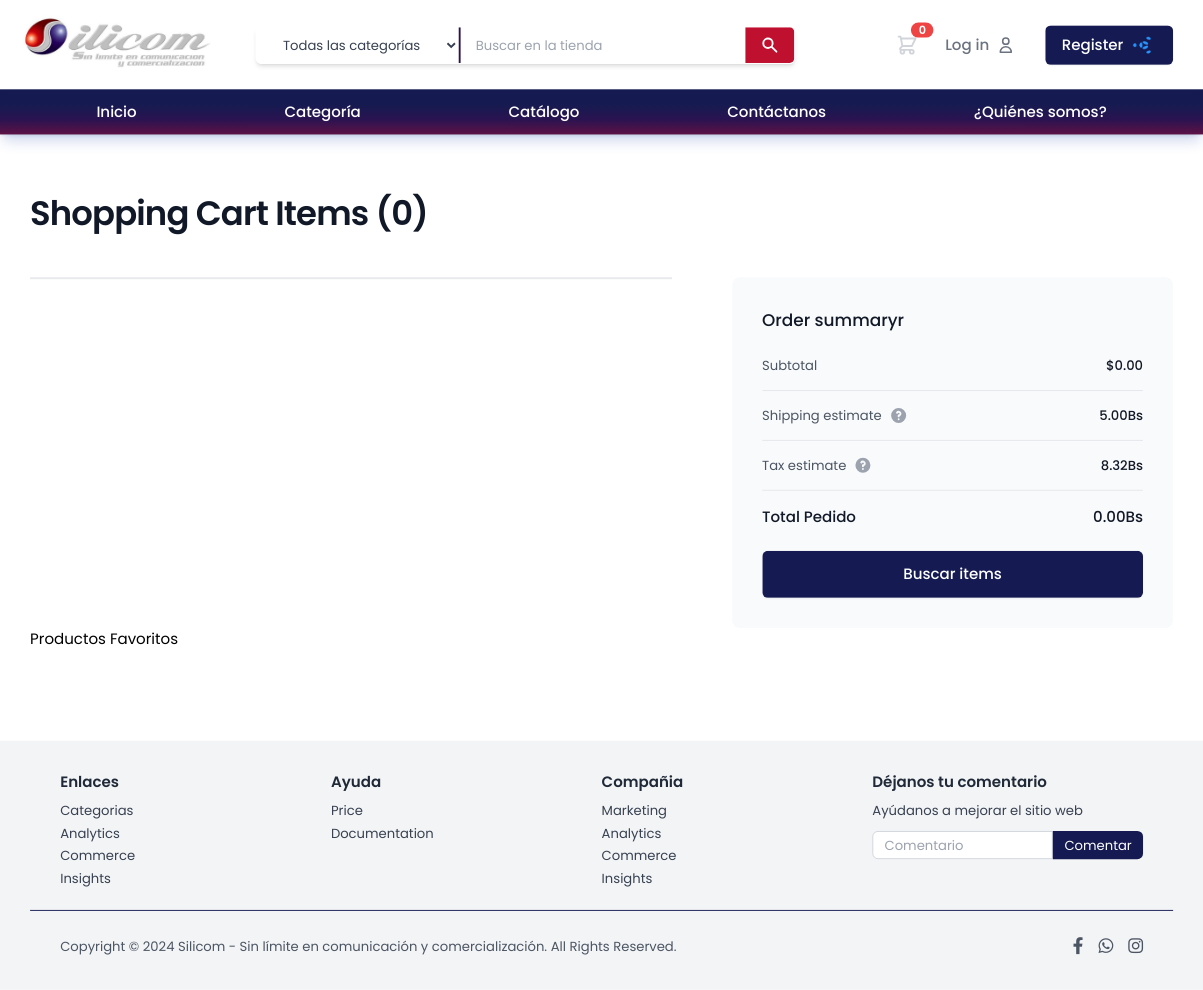
Repository: Francovg18/ecommerce
Page: /cart
These files come from the project's save history. The page is drawn as it stood at one moment and after the next save; the edit follows.
The browser window is 1280 px wide. The pictures show the whole page, at 94% of full size.
The page's requests for data from a server got no answer. The project was rebuilt for these pictures with package versions that can differ from the ones it lists, and the page was loaded fresh each time. No one was signed in, and anything a server would have sent is missing. Also part of the build but not shown: src/componentes/home/Banner.js, src/componentes/home/ProductsArrival.js, src/componentes/home/ProductsSold.js, src/redux/actions/brands.js, src/componentes/home/Brand.js, src/componentes/home/Product.js, src/contenedores/Home.jsx, src/contenedores/errors/Error404.jsx and 33 more.

Above is the page before, as saved 2025-01-22 17:53:06.

### public/index.html
<!DOCTYPE html>
<html lang="en">
  <head>
    <meta charset="utf-8" />
    <link rel="icon" href="%PUBLIC_URL%/favicon.ico" />
    <meta name="viewport" content="width=device-width, initial-scale=1" />
    <meta name="theme-color" content="#000000" />
    <meta name="description" content="Web site created using create-react-app" />
    <link rel="apple-touch-icon" href="%PUBLIC_URL%/logo192.png" />
    <link href="https://fonts.googleapis.com/css2?family=Poppins:wght@400;500;600&display=swap" rel="stylesheet">
    <link
  rel="stylesheet"
  href="https://cdnjs.cloudflare.com/ajax/libs/font-awesome/6.0.0-beta3/css/all.min.css"
/>

    <!--
      manifest.json provides metadata used when your web app is installed on a
      user's mobile device or desktop. See https://developers.google.com/web/fundamentals/web-app-manifest/
    -->
    <link rel="manifest" href="%PUBLIC_URL%/manifest.json" />
    <!--
      Notice the use of %PUBLIC_URL% in the tags above.
      It will be replaced with the URL of the `public` folder during the build.
      Only files inside the `public` folder can be referenced from the HTML.

      Unlike "/favicon.ico" or "favicon.ico", "%PUBLIC_URL%/favicon.ico" will
      work correctly both with client-side routing and a non-root public URL.
      Learn how to configure a non-root public URL by running `npm run build`.
    -->
    <title>React App</title>
  </head>
  <body>
    <noscript>You need to enable JavaScript to run this app.</noscript>
    <div id="root"></div>
    <!--
      This HTML file is a template.
      If you open it directly in the browser, you will see an empty page.

      You can add webfonts, meta tags, or analytics to this file.
      The build step will place the bundled scripts into the <body> tag.

      To begin the development, run `npm start` or `yarn start`.
      To create a production bundle, use `npm run build` or `yarn build`.
    -->
  </body>
</html>

### src/index.js
import React from 'react';
import ReactDOM from 'react-dom/client';
import './style/index.css';
import App from './App';

const root = ReactDOM.createRoot(document.getElementById('root'));
root.render(
  <React.StrictMode>
    <App />
  </React.StrictMode>
);

### src/store.js
import { createStore, applyMiddleware } from 'redux';
import { composeWithDevTools } from '@redux-devtools/extension';
import { thunk } from 'redux-thunk';
import rootReducer from './redux/reducers';

const initialState = {};
const middleware = [thunk];
const store = createStore(
    rootReducer,
    initialState,
    composeWithDevTools(applyMiddleware(...middleware))
);

export default store;

### src/contenedores/pages/Cart.jsx
import Layout from "../../hocs/Layout"
import { useState } from "react";
import { connect } from "react-redux"
import { setAlert } from "../../redux/actions/alert";
import {
    remove_item,
    update_item,
    get_items,
    get_total,
    get_item_total
} from "../../redux/actions/cart";
import {
    remove_wishlist_item,
} from "../../redux/actions/wishlist";
import { useEffect } from "react";
import CartItem from "../../componentes/cart/CartItem";
import { Link } from "react-router-dom";
import { QuestionMarkCircleIcon } from '@heroicons/react/solid'
import WishlistItem from "../../componentes/cart/WishlistItem";


const Cart = ({
    get_items,
    get_total,
    get_item_total,
    isAuthenticated,
    items,
    amount,
    compare_amount,
    total_items,
    remove_item,
    update_item,
    setAlert,
    wishlist_items,
    remove_wishlist_item
}) => {

    const [render, setRender] = useState(false);

    useEffect(() => {
        window.scrollTo(0, 0);
        get_items()
        get_total()
        get_item_total()
    }, [render])

    const showItems = () => {
        return(
            <div>
                {
                    items &&
                    items !== null &&
                    items !== undefined &&
                    items.length !== 0 &&
                    items.map((item, index)=>{
                        let count = item.count;
                        return (
                            <div key={index}>
                                <CartItem
                                    item={item}
                                    count={count}
                                    update_item={update_item}
                                    remove_item={remove_item}
                                    render={render}
                                    setRender={setRender}
                                    setAlert={setAlert}
                                />
                            </div>
                        );
                    })
                }
            </div>
        )
    }

    const showWishlistItems = () => {
      return(
          <div>
              {
                  wishlist_items &&
                  wishlist_items !== null &&
                  wishlist_items !== undefined &&
                  wishlist_items.length !== 0 &&
                  wishlist_items.map((item, index)=>{
                      let count = item.count;
                      return (
                          <div key={index}>
                              <WishlistItem
                                  item={item}
                                  count={count}
                                  update_item={update_item}
                                  remove_wishlist_item={remove_wishlist_item}
                                  render={render}
                                  setRender={setRender}
                                  setAlert={setAlert}
                              />
                          </div>
                      );
                  })
              }
          </div>
      )
  }

    const checkoutButton = () => {
        if (total_items < 1) {
            return(
                <>
                <Link
                to='/shop'

            >
                <button
                className="w-full bg-midnight-blue border border-transparent rounded-md shadow-sm py-3 px-4 text-base font-medium text-white hover:bg-indigo-700 focus:outline-none focus:ring-2 focus:ring-offset-2 focus:ring-offset-gray-50 focus:ring-purple-night"
            >
                Buscar items
                </button>
            </Link>
            </>
            )
        } else if (!isAuthenticated) {
            return(<>
            <Link
                to='/login'

            >
                <button
                className="w-full bg-midnight-blue border border-transparent rounded-md shadow-sm py-3 px-4 text-base font-medium text-white hover:bg-indigo-700 focus:outline-none focus:ring-2 focus:ring-offset-2 focus:ring-offset-gray-50 focus:ring-purple-night"
            >
                Login
                </button>
            </Link>
            </>)

        } else {
            return(
                <>
                <Link
                to='/checkout'>
                 <button
                className="w-full bg-midnight-blue border border-transparent rounded-md shadow-sm py-3 px-4 text-base font-medium text-white hover:bg-purple-night focus:outline-none focus:ring-2 focus:ring-offset-2 focus:ring-offset-gray-50 focus:ring-purple-night"
            >
                   Verificar
                </button>
            </Link>
                </>
            )

        }
    }



    return (
        <Layout>
            <div className="bg-white">
      <div className="max-w-2xl mx-auto pt-16 pb-24 px-4 sm:px-6 lg:max-w-7xl lg:px-8">
        <h1 className="text-3xl font-extrabold tracking-tight text-gray-900 sm:text-4xl">Shopping Cart Items ({total_items})</h1>
        <div className="mt-12 lg:grid lg:grid-cols-12 lg:gap-x-12 lg:items-start xl:gap-x-16">
          <section aria-labelledby="cart-heading" className="lg:col-span-7">
            <h2 id="cart-heading" className="sr-only">
              Items in your shopping cart
            </h2>

            <ul className="border-t border-b border-gray-200 divide-y divide-gray-200">
              {showItems()}
            </ul>
          </section>

          {/* Order summary */}
          <section
            aria-labelledby="summary-heading"
            className="mt-16 bg-gray-50 rounded-lg px-4 py-6 sm:p-6 lg:p-8 lg:mt-0 lg:col-span-5"
          >
            <h2 id="summary-heading" className="text-lg font-medium text-gray-900">
              Order summaryr
            </h2>

            <dl className="mt-6 space-y-4">

              <div className="flex items-center justify-between">
                <dt className="text-sm text-gray-600">Subtotal</dt>
                <dd className="text-sm font-medium text-gray-900">${compare_amount.toFixed(2)}</dd>
              </div>

              <div className="border-t border-gray-200 pt-4 flex items-center justify-between">
                <dt className="flex items-center text-sm text-gray-600">
                  <span>Shipping estimate</span>
                  <Link to='' className="ml-2 flex-shrink-0 text-gray-400 hover:text-gray-500">
                    <span className="sr-only">Learn more about how shipping is calculated</span>
                    <QuestionMarkCircleIcon className="h-5 w-5" aria-hidden="true" />
                  </Link>
                </dt>
                <dd className="text-sm font-medium text-gray-900">5.00Bs</dd>
              </div>

              <div className="border-t border-gray-200 pt-4 flex items-center justify-between">
                <dt className="flex text-sm text-gray-600">
                  <span>Tax estimate</span>
                  <Link to='' className="ml-2 flex-shrink-0 text-gray-400 hover:text-gray-500">
                    <span className="sr-only">Learn more about how tax is calculated</span>
                    <QuestionMarkCircleIcon className="h-5 w-5" aria-hidden="true" />
                  </Link>
                </dt>
                <dd className="text-sm font-medium text-gray-900">8.32Bs</dd>
              </div>

              <div className="border-t border-gray-200 pt-4 flex items-center justify-between">
                <dt className="text-base font-medium text-gray-900">Total Pedido</dt>
                <dd className="text-base font-medium text-gray-900">{amount.toFixed(2)}Bs</dd>
              </div>
            </dl>

            <div className="mt-6">
              {checkoutButton()}
            </div>
          </section>
        </div>
        <div>
        <h1>Productos Favoritos</h1>
        {showWishlistItems()}
        </div>


      </div>
    </div>
        </Layout>
    )
}
const mapStateToProps = state => ({
    isAuthenticated: state.Auth.isAuthenticated,
    items: state.Cart.items,
    wishlist_items: state.Wishlist.items,
    amount: state.Cart.amount,
    compare_amount: state.Cart.compare_amount,
    total_items: state.Cart.total_items
})

export default connect(mapStateToProps,{
    get_items,
    get_total,
    get_item_total,
    remove_item,
    update_item,
    setAlert,
    remove_wishlist_item
}) (Cart)

### src/redux/reducers/index.js
import { combineReducers } from 'redux';
import Auth from './auth';
import Alert from './alert';
import Categories from './categories';
import Products from './products';
import Cart from './cart';
import Shipping from './shipping'
import Payment from './payment';
import Orders from './orders';
import Coupons from './coupons';
import Profile from './profile';
import Wishlist from './wishlist';
import Reviews from './reviews';
import Brands from './brands';
export default combineReducers({
    Auth,
    Alert,
    Categories,
    Products,
    Cart,
    Shipping,
    Payment,
    Orders,
    Coupons,
    Profile,
    Wishlist,
    Reviews,
    Brands
})

### src/hocs/Layout.js
import { ToastContainer } from 'react-toastify';
import 'react-toastify/dist/ReactToastify.css';
import { check_authenticated, load_user, refresh } from '../redux/actions/auth';
import {
    get_items,
    get_total,
    get_item_total
} from "../redux/actions/cart";

import {
    get_user_profile
} from "../redux/actions/profile";

import { useEffect } from 'react';
import { connect } from 'react-redux';
import Navbar from '../componentes/navegacion/Navbar';
import Footer from '../componentes/navegacion/Footer';

const Layout = (props) => {

    useEffect(() => {
        props.refresh()
        props.check_authenticated()
        props.load_user()
        props.get_items()
        props.get_total()
        props.get_item_total()
        props.get_user_profile()
    }, []);

    return(
        <div>
            <Navbar/>
            <ToastContainer autoClose={5000} />
            {props.children}
            <Footer/>
        </div>
    )
}


export default connect(null, {
    check_authenticated,
    load_user,
    refresh,
    get_items,
    get_total,
    get_item_total,
    get_user_profile
}) (Layout)

### src/redux/actions/categories.js
import axios from 'axios';
import {
    GET_CATEGORIES_SUCCESS,
    GET_CATEGORIES_FAIL,
} from './types';

export const get_categories = () => async dispatch => {
    const config = {
        headers: {
            'Accept': 'application/json'
        }
    };

    try {
        const res = await axios.get(`${process.env.REACT_APP_API_URL}/api/category/categories`, config);

        if (res.status >= 200 && res.status < 300) {
            dispatch({
                type: GET_CATEGORIES_SUCCESS,
                payload: res.data
            });
        } else {
            console.error('Error: Unexpected response status', res.status);
            dispatch({
                type: GET_CATEGORIES_FAIL
            });
        }
    } catch (err) {
        console.error('Error fetching categories:', err.message);
        dispatch({
            type: GET_CATEGORIES_FAIL
        });
    }
};

### src/redux/actions/alert.js
import{
    SET_ALERT,
    REMOVE_ALERT,
} from './types';

export const setAlert = (msg, alertType, timeout = 5000) => dispatch =>{
    dispatch({
        type: SET_ALERT,
        payload: {msg, alertType}
    });
    setTimeout(() => dispatch({ type: REMOVE_ALERT }), timeout);
}

### src/redux/reducers/alert.js
import {
    SET_ALERT,
    REMOVE_ALERT,
} from '../actions/types';

const initialState = {
    alert: null
};

export default function Alert(state = initialState, action) {
    const { type, payload } = action;

    switch(type) {
        case SET_ALERT:
            return {
                ...state,
                alert: payload
            };
        case REMOVE_ALERT:
            return {
                ...state,
                alert: null
            }
        default:
            return state
    };
}

### src/redux/reducers/categories.js
import {
    GET_CATEGORIES_SUCCESS,
    GET_CATEGORIES_FAIL
} from '../actions/types';

const initialState = {
    categories: null
};

export default function Categories(state = initialState, action) {
    const { type, payload } = action;

    switch(type) {
        case GET_CATEGORIES_SUCCESS:
            return {
                ...state,
                categories: payload.categories
            }
        case GET_CATEGORIES_FAIL:
            return {
                ...state,
                categories: null
            }
        default:
            return state
    }
}

### src/redux/reducers/shipping.js
import {
    GET_SHIPPING_OPTIONS_SUCCESS,
    GET_SHIPPING_OPTIONS_FAIL
} from '../actions/types';

const initialState = {
    shipping: null,
};

export default function Shipping(state = initialState, action) {
    const { type, payload } = action;

    switch(type) {
        case GET_SHIPPING_OPTIONS_SUCCESS:
            return {
                ...state,
                shipping: payload.shipping_options
            }
        case GET_SHIPPING_OPTIONS_FAIL:
            return {
                ...state,
                shipping: null
            }
        default:
            return state;
    }
};

### src/redux/reducers/orders.js
import {
    GET_ORDERS_SUCCESS,
    GET_ORDERS_FAIL,
    GET_ORDER_DETAIL_SUCCESS,
    GET_ORDER_DETAIL_FAIL
} from '../actions/types';

const initialState = {
    orders: null,
    order: null
};


export default function Orders(state = initialState, action) {
    const { type, payload } = action;

    switch(type) {
        case GET_ORDERS_SUCCESS:
            return {
                ...state,
                orders: payload.orders
            }
        case GET_ORDERS_FAIL:
            return {
                ...state,
                orders: []
            }
        case GET_ORDER_DETAIL_SUCCESS:
            return {
                ...state,
                order: payload.order
            }
        case GET_ORDER_DETAIL_FAIL:
            return {
                ...state,
                order: {}
            }
        default:
            return state;
    }
}

### src/redux/reducers/coupons.js
import {
    GET_COUPON_SUCCESS,
    GET_COUPON_FAIL,
} from '../actions/types';

const initialState = {
    coupon: null
};


export default function Coupons(state = initialState, action) {
    const { type, payload } = action;

    switch(type) {
        case GET_COUPON_SUCCESS:
            return {
                ...state,
                coupon: payload.coupon
            }
        case GET_COUPON_FAIL:
            return {
                ...state,
                coupon: null
            }
        default:
            return state;
    }
}

### src/redux/reducers/profile.js
import {
    GET_USER_PROFILE_SUCCESS,
    GET_USER_PROFILE_FAIL,
    UPDATE_USER_PROFILE_SUCCESS,
    UPDATE_USER_PROFILE_FAIL
} from '../actions/types';

const initialState = {
    profile: null
};

export default function Profile(state = initialState, action) {
    const { type, payload } = action;

    switch(type) {
        case GET_USER_PROFILE_SUCCESS:
            return {
                ...state,
                profile: payload.profile
            }
        case GET_USER_PROFILE_FAIL:
            return {
                ...state
            }
        case UPDATE_USER_PROFILE_SUCCESS:
            return {
                ...state,
                profile: payload.profile
            }
        case UPDATE_USER_PROFILE_FAIL:
            return {
                ...state
            }
        default:
            return state
    }
}

### src/redux/reducers/brands.js
import {
    GET_BRANDS_SUCCESS,
    GET_BRANDS_FAIL
} from '../actions/types';

const initialState = {
    brands: null
};

export default function Brands(state = initialState, action) {
    const { type, payload } = action;

    switch (type) {
        case GET_BRANDS_SUCCESS:
            return {
                ...state,
                brands: payload.brands // Ajusta si `payload` tiene otra estructura
            };
        case GET_BRANDS_FAIL:
            return {
                ...state,
                brands: null
            };
        default:
            return state;
    }
}

### src/componentes/alert.js
import {Fragment} from 'react'
import {connect} from 'react-redux'

import { CheckCircleIcon } from '@heroicons/react/solid'

function Alert ({ alert }) {

    const displayAlert = () => {
        if (alert !== null){
            return (
                <div className={`rounded-md bg-${alert.alertType}-50 p-4`}>
                <div className="flex">
                    <div className="flex-shrink-0">
                    <CheckCircleIcon className={`h-5 w-5 text-${alert.alertType}-400`} aria-hidden="true" />
                    </div>
                    <div className="ml-3">
                    <p className={`text-sm font-medium text-${alert.alertType}-800`}>{alert.msg}</p>
                    </div>
                </div>
                </div>
            )
        } else {
            return(
                <Fragment></Fragment>
            )
        }
    }

    return (
        <Fragment>
            {displayAlert()}
        </Fragment>
    )
}

const mapStateToProps = state => ({
    alert: state.Alert.alert
})

export default connect(mapStateToProps)(Alert)

Loaded but not shown: src/style/index.css (common file); src/componentes/navegacion/Navbar.js (348 lines, source omitted); src/redux/actions/cart.js (399 lines, source omitted); src/redux/actions/auth.js (387 lines, source omitted); src/redux/actions/types.js (136 lines, source omitted); src/redux/actions/products.js (256 lines, source omitted); src/redux/actions/wishlist.js (148 lines, source omitted); src/redux/reducers/cart.js (158 lines, source omitted); src/redux/reducers/products.js (118 lines, source omitted); src/componentes/navegacion/Footer.js (83 lines, source omitted); src/redux/reducers/auth.js (113 lines, source omitted); src/App.js (70 lines, source omitted); src/redux/actions/profile.js (91 lines, source omitted); src/redux/reducers/payment.js (89 lines, source omitted); src/redux/reducers/reviews.js (90 lines, source omitted); src/redux/reducers/wishlist.js (67 lines, source omitted); src/componentes/navegacion/SearchBox.js (48 lines, source omitted); tailwind.config.js (52 lines, source omitted)

After the next save:
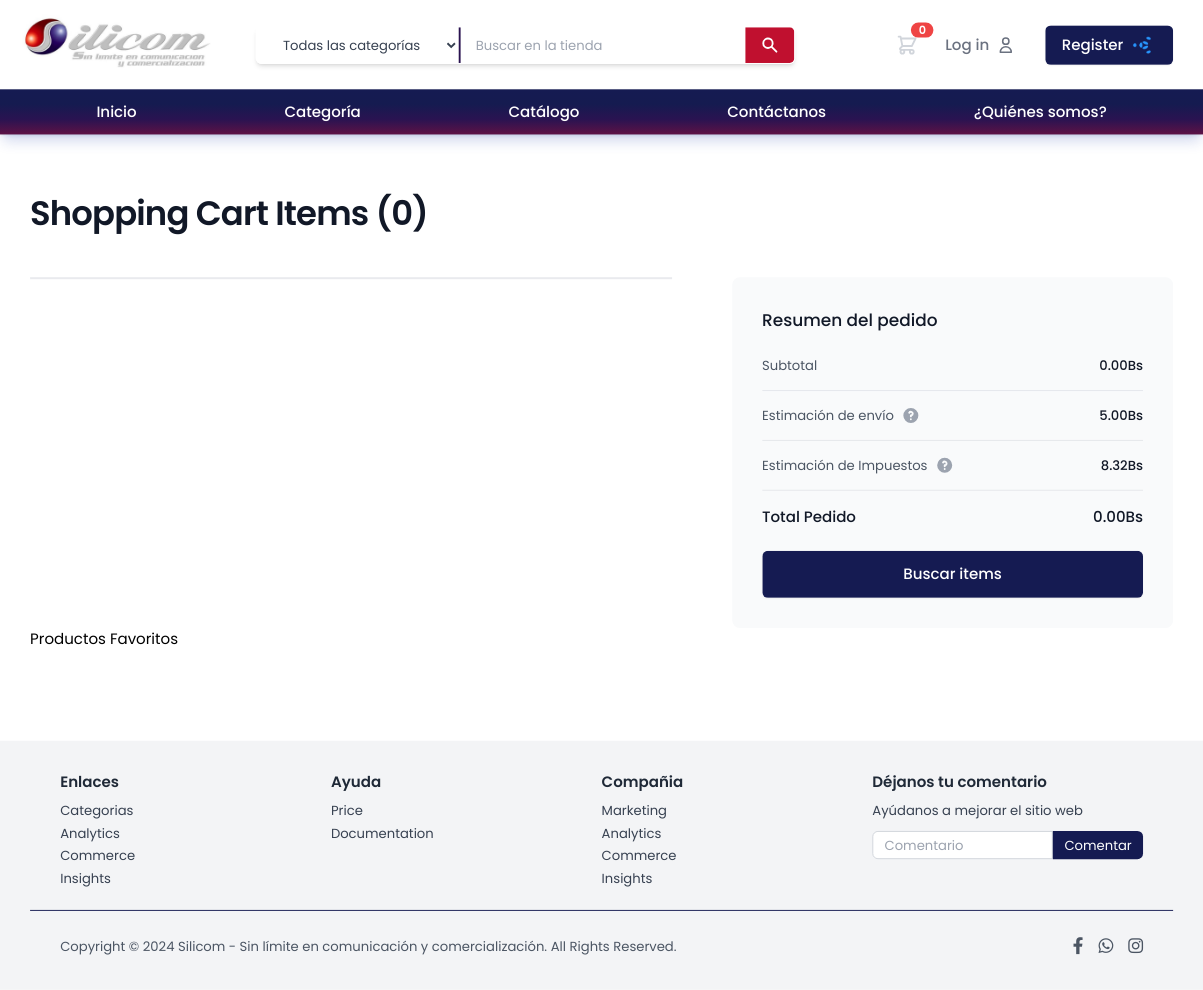
Saved 95 s later.
--- a/src/contenedores/pages/Cart.jsx
+++ b/src/contenedores/pages/Cart.jsx
@@ -167,25 +167,24 @@ const Cart = ({
             </ul>
           </section>
 
-          {/* Order summary */}
           <section
             aria-labelledby="summary-heading"
             className="mt-16 bg-gray-50 rounded-lg px-4 py-6 sm:p-6 lg:p-8 lg:mt-0 lg:col-span-5"
           >
             <h2 id="summary-heading" className="text-lg font-medium text-gray-900">
-              Order summaryr
+            Resumen del pedido
             </h2>
 
             <dl className="mt-6 space-y-4">
 
               <div className="flex items-center justify-between">
                 <dt className="text-sm text-gray-600">Subtotal</dt>
-                <dd className="text-sm font-medium text-gray-900">${compare_amount.toFixed(2)}</dd>
+                <dd className="text-sm font-medium text-gray-900">{compare_amount.toFixed(2)}Bs</dd>
               </div>
 
               <div className="border-t border-gray-200 pt-4 flex items-center justify-between">
                 <dt className="flex items-center text-sm text-gray-600">
-                  <span>Shipping estimate</span>
+                  <span>Estimación de envío</span>
                   <Link to='' className="ml-2 flex-shrink-0 text-gray-400 hover:text-gray-500">
                     <span className="sr-only">Learn more about how shipping is calculated</span>
                     <QuestionMarkCircleIcon className="h-5 w-5" aria-hidden="true" />
@@ -196,7 +195,7 @@ const Cart = ({
 
               <div className="border-t border-gray-200 pt-4 flex items-center justify-between">
                 <dt className="flex text-sm text-gray-600">
-                  <span>Tax estimate</span>
+                  <span>Estimación de Impuestos</span>
                   <Link to='' className="ml-2 flex-shrink-0 text-gray-400 hover:text-gray-500">
                     <span className="sr-only">Learn more about how tax is calculated</span>
                     <QuestionMarkCircleIcon className="h-5 w-5" aria-hidden="true" />
